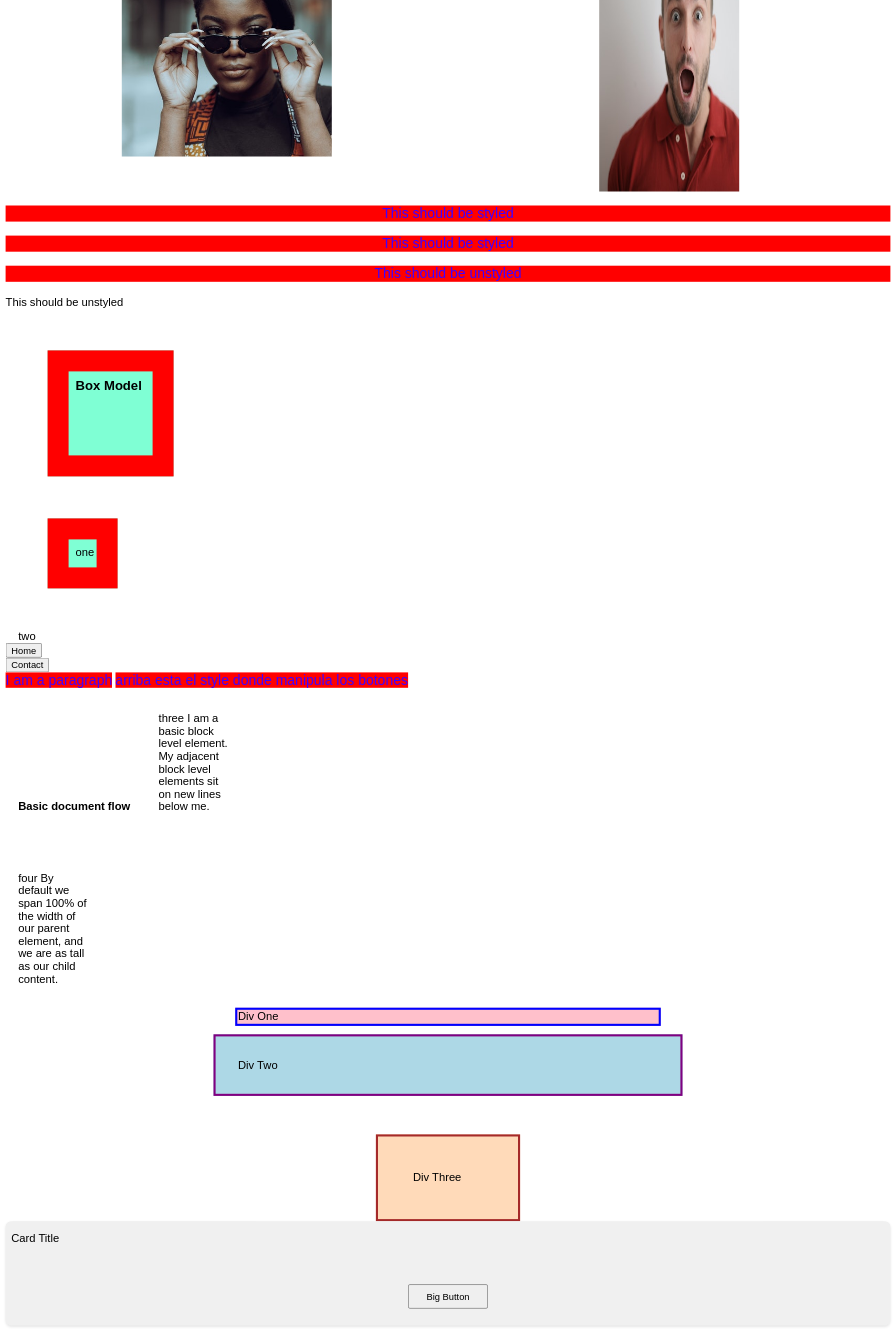
Repository: HeliosAI9/First-test-website
Page: mywebsite/html-boilerplate/pagetwo.html
The author's editor kept a copy of each file at every save. The page is drawn from the files as they stood at one save, then again after the next save.
The browser window is 1280 px wide. The pictures show the part of the page from y = 1181 to 3101 px (the page is 3083 px tall before and 3101 px after), at 70% of full size.

Above is the page before, as saved 2023-05-31 10:07:37.
Not found: mywebsite/html-boilerplate/script.js

### mywebsite/html-boilerplate/pagetwo.html
<!DOCTYPE html>
<html lang="en">
<head>
  <meta charset="UTF-8">
  <meta http-equiv="X-UA-Compatible" content="IE=edge">
  <meta name="viewport" content="width=device-width, initial-scale=1.0">
  <title>Combined Assignments</title>
  <link rel="stylesheet" href="css/style.css">
</head>
<body>
  <h1>Hello World!</h1>

  <div class="first-element">First Element</div>
  <div class="second-element">Second Element</div>
  <p class="odd">Number 1 - in my class</p>
  <p id="second">Number 2 in life and one in ID</p>
  <p class="odd">I'm a class but cooler 3</p>
  <p id="fourth" class="odd">I'm another ID</p>
  <p class="odd">I'm a class</p>

  <button class="inverted">Click Me!</button>
  <button class="fancy">No, Click Me!</button>

  <h2>Cascade and Specificity</h2>
  <p class="para">This exercise focuses on understanding the cascade and specificity in CSS.</p>
  <p class="para small-para">By adjusting the rule order and selector specificity, we can control how styles are applied to elements.</p>
  <button id="confirm-button" class="button confirm">Understanding the cascade helps us avoid conflicts and create targeted styles for specific elements.</button>
  <button id="cancel-button" class="button cancel">We can leverage combinators, selectors, and rule order to achieve the desired style hierarchy.</button>
  <div class="text">By mastering the cascade, we gain greater control over the appearance of our web pages.</div>
  <div class="text">I'm a div with thin text and a child div!
    <div class="child">I'm a smaller child div with extra bold text.</div>
  </div>

  <div class="image-container">
    <img src="images/pexels-andrea-piacquadio-3777931.jpg" alt="Avatar" class="avatar proportioned">
    <img src="images/pexels-katho-mutodo-8434791.jpg" alt="Distorted" class="avatar distorted">
  </div>
  <div class="image-container">
    <img src="images/pexels-katho-mutodo-8434791.jpg" alt="Avatar" class="avatar proportioned">
    <img src="images/pexels-andrea-piacquadio-3777931.jpg" alt="Distorted" class="avatar distorted">
  </div>

  <div>
    <p>This should be styled</p>
    <div>
      <p>This should be styled</p>
      <p>This should be unstyled</p>
    </div>
  </div>
  <p>This should be unstyled</p>

  <h3 class="class">Box Model</h3>
  <p class="one">one</p>
  <p class="two">two</p>


  <script src="script.js"></script>

  <div id="my-section">
    <style>
      #my-section button {
        display: block;
      }
      #my-section p {
        display: inline;
      }
    </style>
    <button>Home</button>
    <button>Contact</button>
    <p>I am a paragraph</p>
    <p>arriba esta el style donde manipula los botones</p>
  </div>


  <h4 class="class">Basic document flow</h4>

  <p class="three">three I am a basic block level element. My adjacent block level elements sit on new
    lines below me.
  </p>

  <p class="four">four By default we span 100% of the width of our parent element, and we are as tall
    as our child content.
  </p>

  <div class="div-one assignment-div">Div One</div>
  <div class="div-two assignment-div">Div Two</div>
  <div class="div-three assignment-div">Div Three</div>


  <div class="card">
    <div class="card-title">Card Title</div>
    <div class="card-content">
      <!-- Content sections -->
    </div>
    <div class="button-container">
      <button class="big-button">Big Button</button>
    </div>
  </div>

</body>
</html>

### mywebsite/html-boilerplate/css/style.css
/* Styles from your previous assignments */
.first-element {
    background-color: black;
    color: white;
    font-size: 28px;
    font-family: "Helvetica", "Times New Roman", sans-serif;
  }

  .second-element {
    background-color: yellow;
    font-size: 28px;
    font-family: "Helvetica", "Times New Roman", sans-serif;
  }

  .odd {
    background-color: lightpink;
    font-family: "Verdana", "DejaVu Sans", sans-serif;
  }

  #second {
    color: blue;
    font-size: 36px;
  }

  #fourth {
    background-color: lightgreen;
    font-size: 24px;
    font-weight: bold;
  }

  /* Styles from the new assignment */
  .avatar.proportioned {
    width: 300px;
    aspect-ratio: 1/1; /* Maintain original square proportions */
  }

  .avatar.distorted {
    width: 200px;
    height: 400px; /* Height is twice the width */
  }

  .image-container {
    display: grid;
    grid-template-columns: repeat(2, 1fr); /* Update the value to 1fr */
    gap: 0; /* Set the gap value to 0 */
    justify-items: center; /* Center the items horizontally */
    align-items: center; /* Center the items vertically */
  }

  div p {
    background-color: rgb(255, 0, 0);
    color: rgb(64, 0, 255);
    font-size: 20px;
    text-align: center;
  }

  body {
    font-family: Arial, Helvetica, sans-serif;
  }

  h2.para,
  h2.small-para {
    color: hsl(0, 0%, 0%);
    font-weight: 800;
  }

  h2.para {
    font-size: 22px;
  }

  .button.confirm {
    background-color: green;
    color: white;
    font-weight: bold;
  }

  h2.text .child {
    color: rgb(0, 0, 0);
    font-weight: 800;
    font-size: 14px;
  }

  h3.class {
    background-color: aquamarine;
    padding: 10px;
    border: 30px solid red;
    margin: 60px;
    height: 100px;
    width: 100px;
  }

  .one {
    background-color: aquamarine;
    padding: 10px;
    border: 30px solid red;
    margin: 60px;
    height: 100px;
    width: 100px;
    box-sizing: border-box;
  }

  .two {
    display: inline;
    width: 100px;
    height: 160px;
    padding: 18px;
  }

  h4.class {
    display: inline;
    width: 100px;
    height: 160px;
    padding: 18px;
  }

  .three {
    display: inline-block;
    width: 100px;
    height: 160px;
    padding: 18px;
  }

  .four {
    display: block;
    width: 100px;
    height: 160px;
    padding: 18px;
  }

  .assignment-div {
    padding: 32px;
    max-width: 600px;
    margin: 0 auto;
  }

  .assignment-div.div-one {
    margin-bottom: 12px;
    background: pink;
    border: 3px solid blue;
    padding: 1px;

  }

  .assignment-div.div-two {
    margin-bottom: 55px;
    background: lightblue;
    border: 3px solid purple;
  }

  .assignment-div.div-three {
    margin-left: left;
    background: peachpuff;
    border: 3px solid brown;
    width: 100px;
    padding: 50px;

  }

  .card {
    background-color: #f0f0f0;
    border-radius: 8px;
    box-shadow: 0px 2px 4px rgba(0, 0, 0, 0.1);
    padding: 8px;
  }

  .card-title {
    font-size: 16px;
    margin: 8px 0;
  }

  .card-content {
    padding: 16px 8px;
  }

  .button-container {
    display: flex;
    justify-content: center;
    padding: 8px;
  }

  .big-button {
    display: block;
    margin: 8px auto;
    padding: 8px 24px;
  }

After the next save:
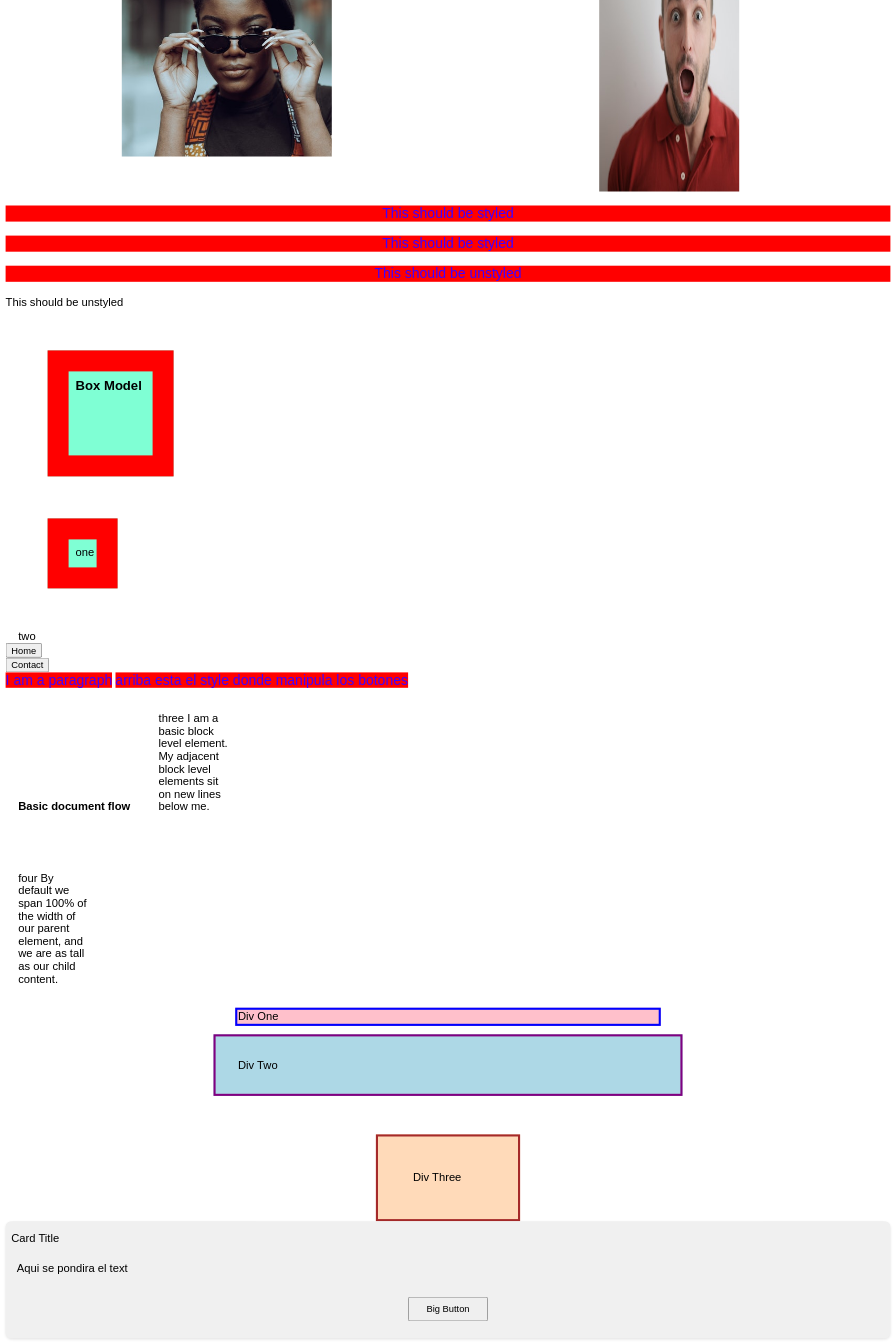
Saved 2 min 43 s later.
--- a/mywebsite/html-boilerplate/pagetwo.html
+++ b/mywebsite/html-boilerplate/pagetwo.html
@@ -90,7 +90,7 @@
   <div class="card">
     <div class="card-title">Card Title</div>
     <div class="card-content">
-      <!-- Content sections -->
+      Aqui se pondira el text
     </div>
     <div class="button-container">
       <button class="big-button">Big Button</button>
